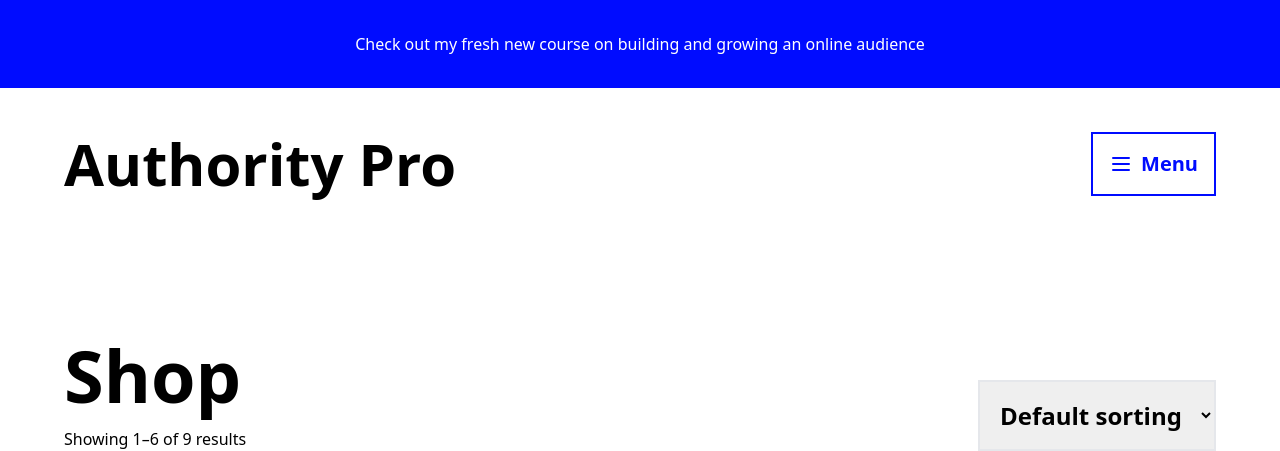
Repository: Quanndm03/web2022
Page: lab2/index2.html
These files come from the project's save history. The page is drawn as it stood at one moment and after a run of saves; the edit follows.
The browser window is 1280 px wide. The pictures show the part of the page from y = 0 to 451 px (the page is 1847 px tall).
A picture or video elsewhere on the page could not be fetched, so the positions and the page height are approximate. Some web libraries are served in a nearby version.

Above is the page before, as saved 2022-06-16 10:27:10.

### lab2/index2.html
<!DOCTYPE html>
<html lang="en">
  <head>
    <meta charset="UTF-8" />
    <meta http-equiv="X-UA-Compatible" content="IE=edge" />
    <meta name="viewport" content="width=device-width, initial-scale=1.0" />
    <title>Document</title>
    <script src="https://cdn.tailwindcss.com"></script>
  </head>
  <body>
    <div class="bg-[#000CFF] text-center py-8">
      <p class="text-white">
        Check out my fresh new course on building and growing an online audience
      </p>
    </div>
    <div class="bg-white">
      <div class="max-w-6xl mx-auto">
        <div class="md:flex justify-between items-center py-8">
          <a class="text-[58px] font-bold" href="">Authority Pro</a>
          <button
            class="flex items-center border-2 border-[#000CFF] p-4 text-xl font-bold text-[#000CFF]"
          >
            <svg
              xmlns="http://www.w3.org/2000/svg"
              class="h-6 w-6 mr-2"
              fill="none"
              viewBox="0 0 24 24"
              stroke="currentColor"
              stroke-width="2"
            >
              <path
                stroke-linecap="round"
                stroke-linejoin="round"
                d="M4 6h16M4 12h16M4 18h16"
              />
            </svg>
            Menu
          </button>
        </div>
        <div class="md:flex justify-between items-end mb-5">
          <div>
            <h2 class="text-3xl md:text-7xl font-bold mb-4 mt-[100px]">
              Shop
            </h2>
            <p>Showing 1–6 of 9 results</p>
          </div>
          <select name="" id="" class="border-2 text-lg md:text-2xl p-4 font-bold">
            <option value="" class="">Default sorting</option>
          </select>
        </div>
        <div class="grid grid-cols-1 gap-4 md:grid-cols-3 md:gap-8">
          <div
            class="column shadow transition ease-in-out duration-300 hover:shadow-xl hover:cursor-pointer group"
          >
            <div
              class="product-item bg-gray-100 flex items-center justify-center"
            >
              <img src="images/image 1.png" alt="" />
            </div>
            <div class="product-content p-5">
              <h3 class="mb-4">
                <a href="" class="text-lg md:text-3xl font-bold"
                  >Dipped Tripod Stool</a
                >
              </h3>
              <div class="product-price text-md md:text-2xl">
                <del>$49.95</del><span class="text-[#000CFF]"> $35.00</span>
              </div>
              <button
                class="mt-5 block w-full md:w-auto md:inline-block py-2 md:py-5 px-3 border-2 border-[#000CFF] font-bold text-[#000CFF] group-hover:bg-blue-600 group-hover:text-white"
              >
                Add to cart
              </button>
            </div>
          </div>
          <!--End .column-->
          <div
            class="column shadow transition ease-in-out duration-300 hover:shadow-xl group"
          >
            <div
              class="product-item bg-gray-100 flex items-center justify-center"
            >
              <img src="images/image 1 (1).png" alt="" />
            </div>
            <div class="product-content p-5">
              <h3 class="mb-4">
                <a href="" class="text-lg md:text-3xl font-bold"
                  >Index Card Catalog</a
                >
              </h3>
              <div class="product-price text-md md:text-2xl">
                <del>$49.95</del><span class="text-[#000CFF]"> $35.00</span>
              </div>
              <button
                class="mt-5 block w-full md:w-auto md:inline-block py-2 md:py-5 px-3 border-2 border-[#000CFF] font-bold text-[#000CFF] group-hover:bg-blue-600 group-hover:text-white"
              >
                Add to cart
              </button>
            </div>
          </div>
          <!--End .column-->
          <div
            class="column shadow transition ease-in-out duration-300 hover:shadow-xl group"
          >
            <div
              class="product-item bg-gray-100 flex items-center justify-center"
            >
              <img src="images/image 1 (2).png" alt="" />
            </div>
            <div class="product-content p-5">
              <h3 class="mb-4">
                <a href="" class="text-lg md:text-3xl font-bold"
                  >Never Settle Mug</a
                >
              </h3>
              <div class="product-price text-md md:text-2xl">
                <del>$49.95</del><span class="text-[#000CFF]"> $35.00</span>
              </div>
              <button
                class="mt-5 block w-full md:w-auto md:inline-block py-2 md:py-5 px-3 border-2 border-[#000CFF] font-bold text-[#000CFF] group-hover:bg-blue-600 group-hover:text-white"
              >
                Add to cart
              </button>
            </div>
          </div>
          <!--End .column-->
          <div
            class="column shadow transition ease-in-out duration-300 hover:shadow-xl group"
          >
            <div
              class="product-item bg-gray-100 flex items-center justify-center"
            >
              <img src="images/image 1 (3).png" alt="" />
            </div>
            <div class="product-content p-5">
              <h3 class="mb-4">
                <a href="" class="text-lg md:text-3xl font-bold"
                  >Dipped Tripod Stool</a
                >
              </h3>
              <div class="product-price text-md md:text-2xl">
                <del>$49.95</del><span class="text-[#000CFF]"> $35.00</span>
              </div>
              <button
                class="mt-5 block w-full md:w-auto md:inline-block py-2 md:py-5 px-3 border-2 border-[#000CFF] font-bold text-[#000CFF] group-hover:bg-blue-600 group-hover:text-white"
              >
                Add to cart
              </button>
            </div>
          </div>
          <!--End .column-->
          <div
            class="column shadow transition ease-in-out duration-300 hover:shadow-xl group"
          >
            <div
              class="product-item bg-gray-100 flex items-center justify-center"
            >
              <img src="images/image 1 (4).png" alt="" />
            </div>
            <div class="product-content p-5">
              <h3 class="mb-4">
                <a href="" class="text-lg md:text-3xl font-bold"
                  >Dipped Tripod Stool</a
                >
              </h3>
              <div class="product-price text-md md:text-2xl">
                <del>$49.95</del><span class="text-[#000CFF]"> $35.00</span>
              </div>
              <button
                class="mt-5 block w-full md:w-auto md:inline-block py-2 md:py-5 px-3 border-2 border-[#000CFF] font-bold text-[#000CFF] group-hover:bg-blue-600 group-hover:text-white"
              >
                Add to cart
              </button>
            </div>
          </div>
          <!--End .column-->
          <div
            class="column shadow transition ease-in-out duration-300 hover:shadow-xl group"
          >
            <div
              class="product-item bg-gray-100 flex items-center justify-center"
            >
              <img src="images/image 1 (5).png" alt="" />
            </div>
            <div class="product-content p-5">
              <h3 class="mb-4">
                <a href="" class="text-lg md:text-3xl font-bold"
                  >Dipped Tripod Stool</a
                >
              </h3>
              <div class="product-price text-md md:text-2xl">
                <del>$49.95</del><span class="text-[#000CFF]"> $35.00</span>
              </div>
              <button
                class="mt-5 block w-full md:w-auto md:inline-block py-2 md:py-5 px-3 border-2 border-[#000CFF] font-bold text-[#000CFF] group-hover:bg-blue-600 group-hover:text-white"
              >
                Add to cart
              </button>
            </div>
          </div>
          <!--End .column-->
        </div>
      </div>
    </div>
    <div class="bg-gray-100 py-10">
      <div class="max-w-6xl mx-auto text-center">
        <h2 class="text-3xl md:text-6xl font-bold text-[#000CFF]">
          Ready to take your next step?
        </h2>
        <p class="my-5">
            Grow your audience and build a profitable online business.
        </p>
        <a
          href=""
          class="inline-block px-5 py-3 border-4 text-2xl border-[#000CFF] text-[#000CFF] font-bold mr-2"
          >Learn More</a
        >
        <a
          href=""
          class="inline-block px-5 py-3 border-4 text-2xl border-[#000CFF] text-white font-bold bg-[#000CFF]"
          >Get Started Today</a
        >
      </div>
    </div>
    <div class="bg-white py-5">
      <div class="max-w-6xl mx-auto">
        <div class="md:flex justify-center space-x-10">
          <a href="">FACEBOOK</a>
          <a href="">TWITTER</a>
          <a href="">INSTAGRAM</a>
          <a href="">LINKEDIN</a>
          <a href="">DRIBBBLE</a>
        </div>
        <p class="text-center mt-5">
            Copyright © 2020  · WordPress · Log in
        </p>
      </div>
    </div>
  </body>
</html>

After the next 2 saves:
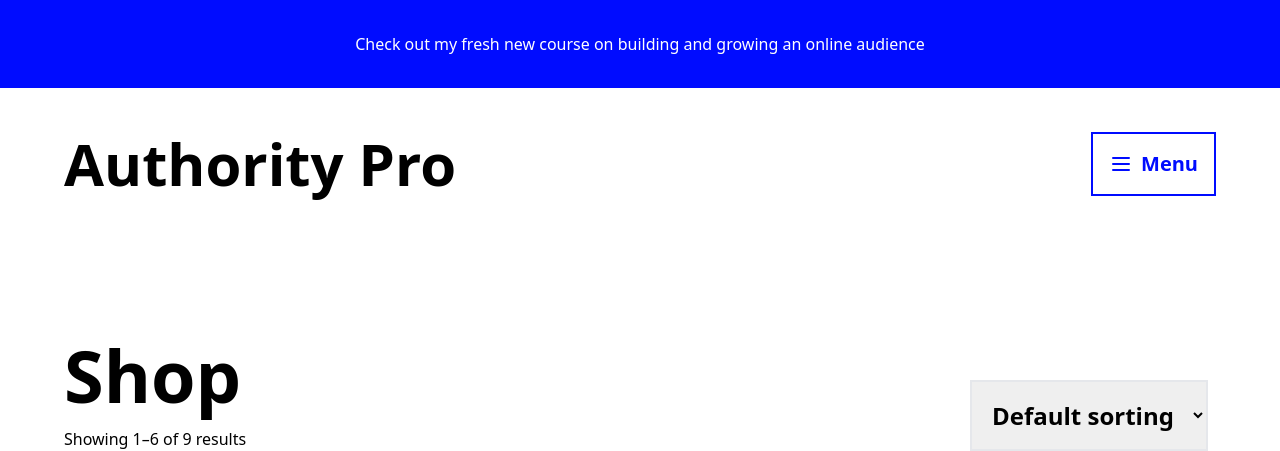
The 2 saves are shown as one change because they came seconds apart.
The last was saved 11 s later.
--- a/lab2/index2.html
+++ b/lab2/index2.html
@@ -44,7 +44,7 @@
             </h2>
             <p>Showing 1–6 of 9 results</p>
           </div>
-          <select name="" id="" class="border-2 text-lg md:text-2xl p-4 font-bold">
+          <select name="" id="" class="border-2 text-lg md:text-2xl p-4 font-bold mr-2">
             <option value="" class="">Default sorting</option>
           </select>
         </div>
